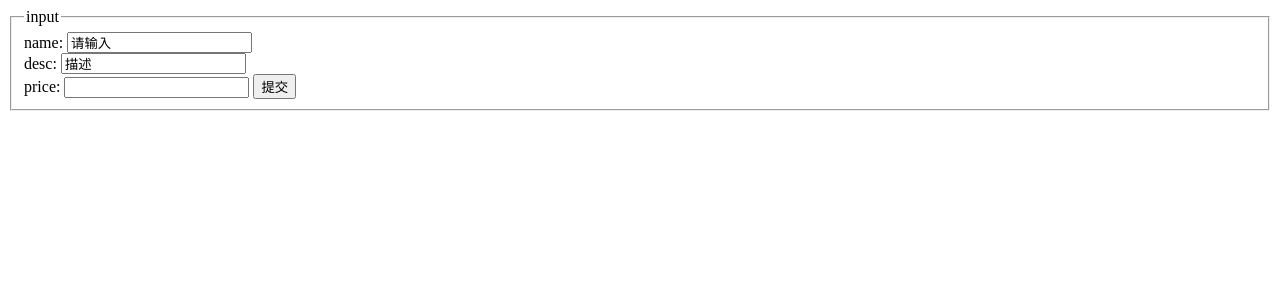
Repository: feilongjiang/Spring-mvc
Page: http://localhost/app16b/product_save.action
These files come from the project's save history. The page is drawn as it stood at one moment and after the next save; the edit follows.
The browser window is 1280 px wide. The pictures show the whole page.
The page is served by Tomcat 9. Other server files are loaded and not shown.

Above is the page before, as saved 2019-04-26 13:51:02.

### app16b/src/main/webapp/WEB-INF/jsp/ProductForm.jsp
<%@ page language="java" contentType="text/html; charset=UTF-8"
    pageEncoding="UTF-8"%>
    <%@ page isELIgnored="true" %>
<!DOCTYPE html>
<html>
<head>
<meta charset="UTF-8">
<title>Insert title here</title>
</head>
<body>
<form action="product_save.action" method="post">
 <fieldset style="algin:center;">
 <legend>input</legend>
 <label for="name" >name: </label><input type="text" name = 'name' value="请输入" /> <br />
 desc: <input type="text" name="description" value="描述" title="例如" /> <br />
 price: <input type="text" name="price" value="" />
 <input type="submit"  value= "提交"  />

 </fieldset>
</form>
</body>
</html>

### app16b/src/main/java/servlet/DispatcherServlet.java
package servlet;

import java.io.IOException;
import javax.servlet.RequestDispatcher;
import javax.servlet.ServletException;
import javax.servlet.http.HttpServletRequest;
import javax.servlet.http.HttpServletResponse;
import javax.servlet.http.HttpServlet;
import controler.*;

public class DispatcherServlet extends HttpServlet {
	private static final long serialVersionUID  = 748495L;

	@Override
	public void doGet(HttpServletRequest request,HttpServletResponse response) throws ServletException, IOException {
		process(request,response);
	}
	@Override
	public void doPost(HttpServletRequest request,HttpServletResponse response) throws ServletException, IOException {
		process(request,response);
	}
	public void process(HttpServletRequest request, HttpServletResponse response) throws ServletException, IOException {
		// TODO Auto-generated method stub
		String uri = request.getRequestURI();
		int lastIndex = uri.lastIndexOf("/");
		String action = uri.substring(lastIndex+1);

		String dispatchUrl = null;
		if(action.equals("product_input.action"))
		{
			InputProductController controller = new InputProductController();
			dispatchUrl = controller.handleRequest(request, response);
		}
		else if(action.equals("product_save.action")) {
			SaveProductController controller = new SaveProductController();
 			dispatchUrl = controller.handleRequest(request, response);
		}

		if( dispatchUrl != null) {
			RequestDispatcher rd = request.getRequestDispatcher(dispatchUrl);
			rd.forward(request, response);
		}
	}
}

### app16b/src/main/java/controler/Controler.java
package controler;

import java.io.IOException;
import java.io.UnsupportedEncodingException;

import javax.servlet.http.HttpServletRequest;
import javax.servlet.http.HttpServletResponse;

public interface Controler {
	String handleRequest(HttpServletRequest request,HttpServletResponse response) throws IOException ;

}

### app16b/src/main/java/controler/SaveProductController.java
package controler;

import java.io.IOException;
import java.util.List;
import javax.servlet.http.HttpServletRequest;
import javax.servlet.http.HttpServletResponse;
import domain.Product;
import form.ProductForm;
import validator.ProductValidator;

public class SaveProductController implements Controler {
	@Override
	public String handleRequest(HttpServletRequest request, HttpServletResponse response)
			 throws IOException {
		request.setCharacterEncoding("utf-8");
		ProductForm productForm = new ProductForm();
// populate action properties
		productForm.setName(request.getParameter("name"));
		productForm.setDescription(request.getParameter("description"));
		productForm.setPrice(request.getParameter("price"));
// validate ProductForm
		ProductValidator productValidator = new ProductValidator();
		List<String> errors = productValidator.validate(productForm);
		if (errors.isEmpty()) {
// create Product from ProductForm
			Product product = new Product();
			product.setName(productForm.getName());
			product.setDescription(productForm.getDescription());
			product.setPrice(Float.parseFloat(productForm.getPrice()));
// no validation error, execute action method
// insert code to save product to the database
// store product in a scope variable for the view
			request.setAttribute("product", product);
			return "/WEB-INF/jsp/ProductDetails.jsp";
		} else {
//store errors and form in a scope variable for th view
			request.setAttribute("errors", errors);
			request.setAttribute("form", productForm);
			return "/WEB-INF/jsp/ProductForm.jsp";
		}
	}
}

### app16b/src/main/java/form/ProductForm.java
package form;

import java.io.Serializable;

 public class ProductForm {
	private static final long serialVersionUID = 748392348L;
	private String name;
	private String description;
	private String price;

	public String getName() {
		return name;
	}

	public void setName(String name) {
		this.name = name;
	}

	public String getDescription() {
		return description;
	}

	public void setDescription(String description) {
		this.description = description;
	}

	public String getPrice() {
		return price;
	}

	public void setPrice(String price) {
		this.price = price;
	}
}

### app16b/src/main/java/validator/ProductValidator.java
package validator;

import java.util.List;
import java.util.ArrayList;
import form.ProductForm;

public class ProductValidator {
	public List<String> validate(ProductForm productForm){
		List<String> errors = new ArrayList<String>();
		String name = productForm.getName();
		if (name == null || name.trim().isEmpty()) {
			errors.add("Product must have a name");
		}
		String price = productForm.getPrice();
		if(price == null || price.trim().isEmpty()) {
			errors.add("Product must have a price");
		} else {
			try {
				Float.parseFloat(price);
			}catch(NumberFormatException e) {
				errors.add("Invalid price value");
			}
		}
		return errors;
	}
}

After the next save:
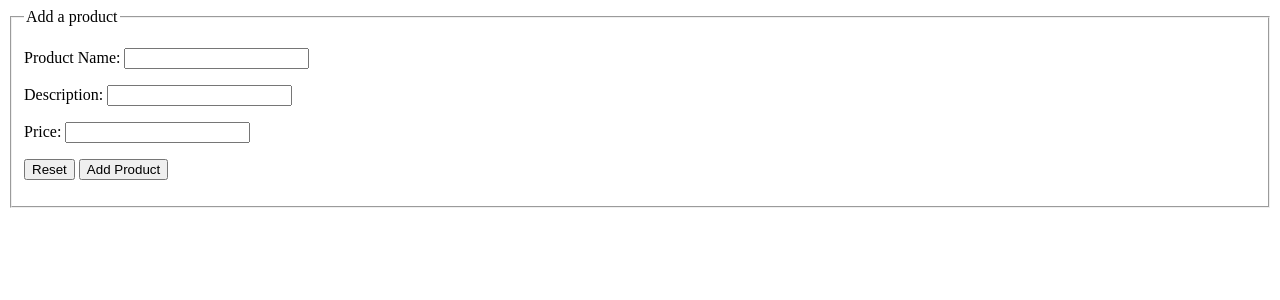
Saved 51 s later.
--- a/app16b/src/main/webapp/WEB-INF/jsp/ProductForm.jsp
+++ b/app16b/src/main/webapp/WEB-INF/jsp/ProductForm.jsp
@@ -1,6 +1,7 @@
 <%@ page language="java" contentType="text/html; charset=UTF-8"
     pageEncoding="UTF-8"%>
     <%@ page isELIgnored="true" %>
+    <%@ taglib uri="http://java.sun.com/jsp/jstl/core" prefix="c" %>
 <!DOCTYPE html>
 <html>
 <head>
@@ -8,15 +9,44 @@
 <title>Insert title here</title>
 </head>
 <body>
+
+<div id="global">
+<c:if test="${requestScope.errors != null}">
+<p id="errors">
+Error(s)!
+<ul>
+<c:forEach var="error" items="${requestScope.errors}">
+<li>${error}</li>
+</c:forEach>
+</ul>
+</p>
+</c:if>
 <form action="product_save.action" method="post">
- <fieldset style="algin:center;">
- <legend>input</legend>
- <label for="name" >name: </label><input type="text" name = 'name' value="请输入" /> <br />
- desc: <input type="text" name="description" value="描述" title="例如" /> <br />
- price: <input type="text" name="price" value="" />
- <input type="submit"  value= "提交"  />
+<fieldset>
+<legend>Add a product</legend>
+<p>
+<label for="name">Product Name: </label>
+<input type="text" id="name" name="name"
+tabindex="1">
+</p>
+<p>
+<label for="description">Description: </label>
+<input type="text" id="description"
+name="description" tabindex="2">
+</p>
+<p>
+<label for="price">Price: </label>
+<input type="text" id="price" name="price"
+tabindex="3">
+</p>
+<p id="buttons">
+<input id="reset" type="reset" tabindex="4">
+<input id="submit" type="submit" tabindex="5"
+value="Add Product">
+</p>
+</fieldset>
+</form>
+</div>
 
- </fieldset>
-</form>
 </body>
 </html>
